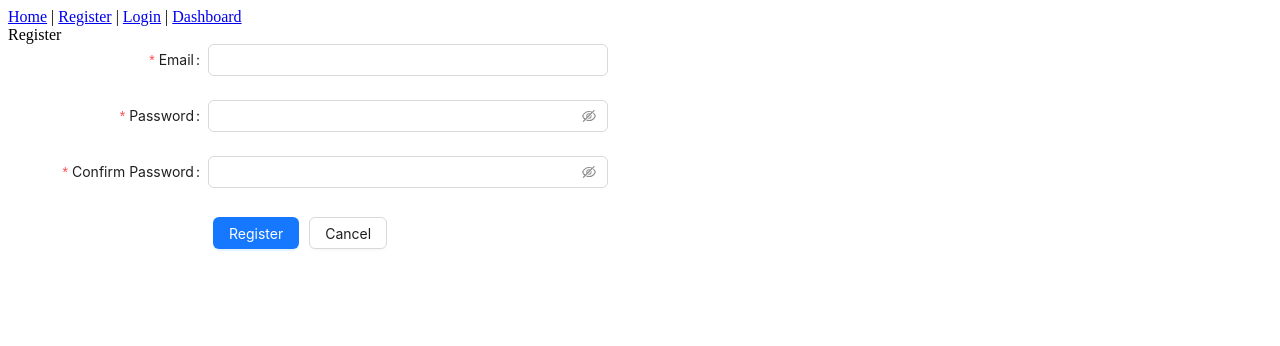
Repository: shaynewx/Airbrb
Page: /register (app in frontend/)
An editor plug-in stored every save of this project. The page is shown before and after the next save, followed by the edit.
The browser window is 1280 px wide. The pictures show the whole page.
The project was rebuilt for these pictures with package versions that can differ from the ones it lists, and the page was loaded fresh each time. Also part of the build but not shown: frontend/src/components/Home.jsx, frontend/src/components/form/apiService.jsx, frontend/src/components/form/LoginForm.jsx, frontend/src/components/Login.jsx, frontend/src/components/Dashboard.jsx.

Above is the page before, as saved 2023-11-07 13:34:57.

After the next save:
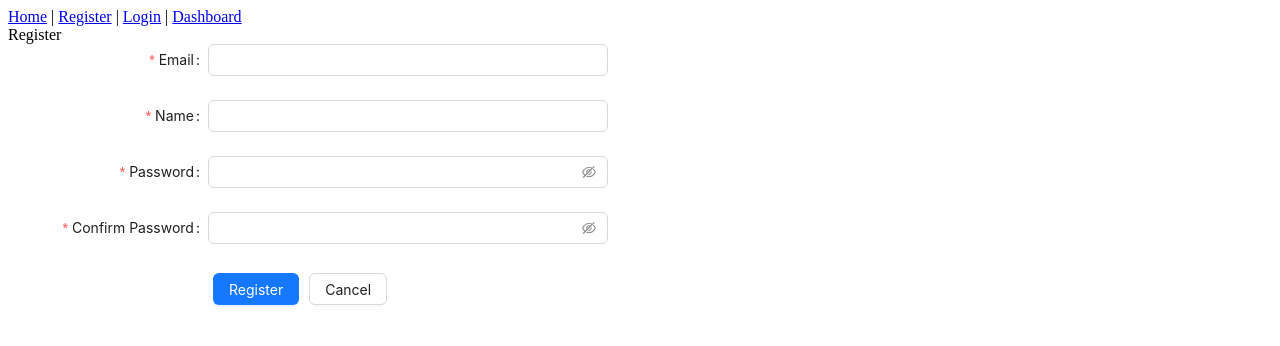
Saved 6 s later.
--- a/frontend/src/components/form/RegisterForm.jsx
+++ b/frontend/src/components/form/RegisterForm.jsx
@@ -57,6 +57,19 @@ const RegisterForm = () => (
     </Form.Item>
 
     <Form.Item
+      label="Name"
+      name="name"
+      rules={[
+        {
+          required: true,
+          message: 'Please input your name!',
+        },
+      ]}
+    >
+      <Input />
+    </Form.Item>
+
+    <Form.Item
       label="Password"
       name="password"
       rules={[
